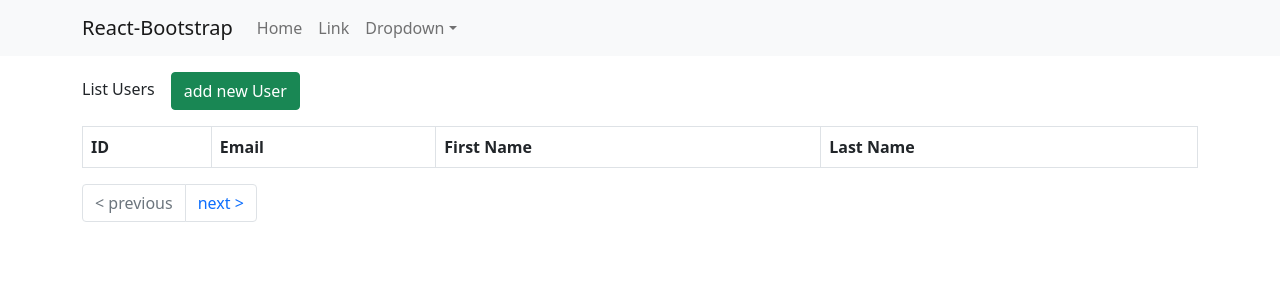
Repository: hieuche123/practice-reactjs
Page: /
An editor plug-in stored every save of this project. The page is shown before and after the next save, followed by the edit.
The browser window is 1280 px wide. The pictures show the whole page.
The page's requests for data from a server got no answer. The project was rebuilt for these pictures with package versions that can differ from the ones it lists, and the page was loaded fresh each time. No one was signed in, and anything a server would have sent is missing.

Above is the page before, as saved 2023-03-21 21:43:43.

### src/index.js
import React from 'react';
import ReactDOM from 'react-dom';
import App from './App';
import 'bootstrap/dist/css/bootstrap.min.css';

ReactDOM.render(
  <React.StrictMode>
    <App />
  </React.StrictMode>,
  document.getElementById('root')
);

// If you want to start measuring performance in your app, pass a function
// to log results (for example: reportWebVitals(console.log))
// or send to an analytics endpoint. Learn more: https://bit.ly/CRA-vitals

### src/App.js

import { Container } from 'react-bootstrap';
import './App.scss';
import Header from './components/Header';
import TableUsers from './components/TableUsers';

function App() {
  return (
    <div className="app-container">
      <Header/>
      <Container>
        <div className='my-3'>
         <span> List Users</span>
          <button className='mx-3 btn btn-success'>add new User</button>
        </div>
        <TableUsers/>
      </Container>
    </div>
  );
}

export default App;

### src/App.scss
body {
  margin: 0;
  font-family: -apple-system, BlinkMacSystemFont, 'Segoe UI', 'Roboto', 'Oxygen',
    'Ubuntu', 'Cantarell', 'Fira Sans', 'Droid Sans', 'Helvetica Neue',
    sans-serif;
  -webkit-font-smoothing: antialiased;
  -moz-osx-font-smoothing: grayscale;
}

code {
  font-family: source-code-pro, Menlo, Monaco, Consolas, 'Courier New',
    monospace;
}

.add-new {
  display: flex;
  align-items: center;
  justify-content: space-between;
}

### src/components/Header.js
import Container from 'react-bootstrap/Container';
import Nav from 'react-bootstrap/Nav';
import Navbar from 'react-bootstrap/Navbar';
import NavDropdown from 'react-bootstrap/NavDropdown';
function Header() {
    return (
        <>
            <Navbar bg="light" expand="lg">
                <Container>
                    <Navbar.Brand href="#home">React-Bootstrap</Navbar.Brand>
                    <Navbar.Toggle aria-controls="basic-navbar-nav" />
                    <Navbar.Collapse id="basic-navbar-nav">
                    <Nav className="me-auto">
                        <Nav.Link href="#home">Home</Nav.Link>
                        <Nav.Link href="#link">Link</Nav.Link>
                        <NavDropdown title="Dropdown" id="basic-nav-dropdown">
                        <NavDropdown.Item href="#action/3.1">Action</NavDropdown.Item>
                        <NavDropdown.Item href="#action/3.2">
                            Another action
                        </NavDropdown.Item>
                        <NavDropdown.Item href="#action/3.3">Something</NavDropdown.Item>
                        <NavDropdown.Divider />
                        <NavDropdown.Item href="#action/3.4">
                            Separated link
                        </NavDropdown.Item>
                        </NavDropdown>
                    </Nav>
                    </Navbar.Collapse>
                </Container>
            </Navbar>
        </>
    );
}

export default Header;

### src/components/TableUsers.js
import axios from 'axios';
import { useEffect, useState } from 'react';
import Table from 'react-bootstrap/Table';
import {fetchAllUser} from '../sevices/UserSevice'
import ReactPaginate from 'react-paginate';
function TableUsers(props) {
    const [listUsers, setListUsers] = useState([]);
    const [totalUsers, setTotalUsers] = useState(0);
    const [totalPages, setTotalPages] = useState(0);

    useEffect(()=> {
        getUsers(1);
    },[])

    const getUsers = async(page) => {
        let res = await fetchAllUser(page);
        if(res && res.data) {
            setListUsers(res.data);
            setTotalUsers(res.total);
            setTotalPages(res.total_pages);
            console.log(res.data)
        }
        console.log(res)
    }

    const handlePageClick = (event) => {
        getUsers(+event.selected + 1);

      };

    return (
        <>
            <Table striped bordered hover>
                <thead>
                    <tr>
                    <th>ID</th>
                    <th>Email</th>
                    <th>First Name</th>
                    <th>Last Name</th>
                    </tr>
                </thead>
                <tbody>
                    {listUsers && listUsers.length > 0 &&
                        listUsers.map((item, index) => {
                            return (
                                <tr key={item.id}>
                                    <th>{item.id}</th>
                                    <th>{item.email}</th>
                                    <th>{item.first_name}</th>
                                    <th>{item.last_name}</th>
                                </tr>
                            )
                        })

                    }
                </tbody>
            </Table>
            <ReactPaginate
                breakLabel="..."
                nextLabel="next >"
                onPageChange={handlePageClick}
                pageRangeDisplayed={5}
                pageCount={totalPages}
                previousLabel="< previous"

                pageClassName='page-item'
                pageLinkClassName='page-link'
                previousClassName='page-item'
                previousLinkClassName='page-link'
                nextClassName='page-item'
                nextLinkClassName='page-link'
                breakClassName='page-item'
                breakLinkClassName='page-link'
                containerClassName='pagination'
                activeClassName='active'
            />


        </>
    );
}

export default TableUsers;

### src/sevices/UserSevice.js
import axios from './CustomizeAxios';

const fetchAllUser = (page) => {
    return axios.get(`/api/users?page=${page}`)
}



export {fetchAllUser};

### src/sevices/CustomizeAxios.js
import axios from "axios";

const instance = axios.create({
    baseURL: 'https://reqres.in'
})

// Add a response interceptor
instance.interceptors.response.use(function (response) {
    // Any status code that lie within the range of 2xx cause this function to trigger
    // Do something with response data
    return response.data;
  }, function (error) {
    // Any status codes that falls outside the range of 2xx cause this function to trigger
    // Do something with response error
    return Promise.reject(error);
  });
export default instance;

Loaded but not shown: public/index.html (common file)

After the next save:
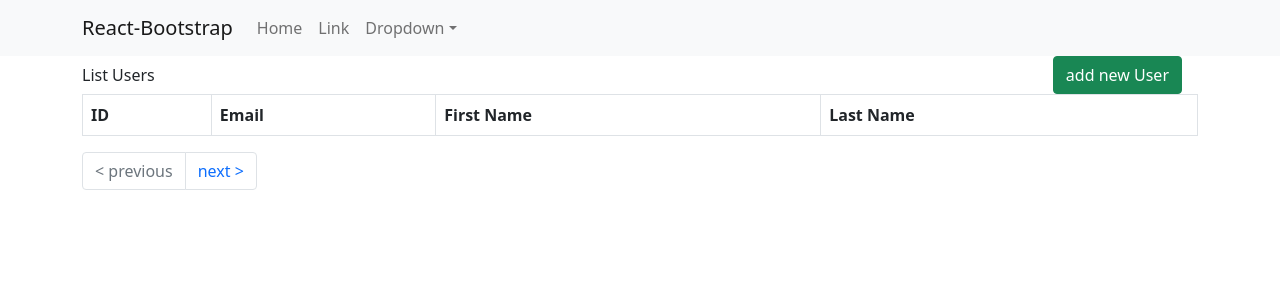
Saved 22 s later.
--- a/src/App.js
+++ b/src/App.js
@@ -9,7 +9,7 @@ function App() {
     <div className="app-container">
       <Header/>
       <Container>
-        <div className='my-3'>
+        <div className='add-new'>
          <span> List Users</span>
           <button className='mx-3 btn btn-success'>add new User</button>
         </div>
